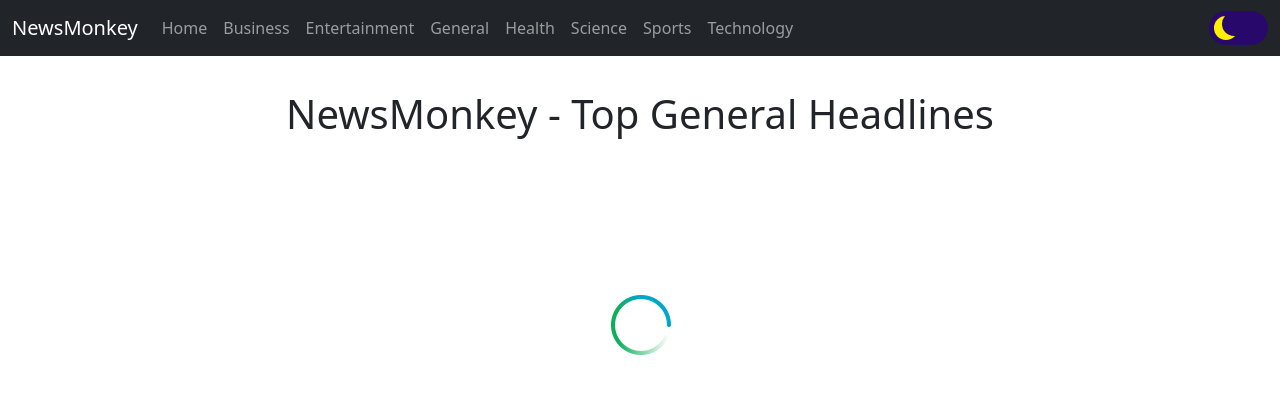
Repository: dhruvdornal/NewsBytes
Page: /
An editor plug-in stored every save of this project. The page is shown before and after a run of saves, followed by the edit.
The browser window is 1280 px wide. The pictures show the whole page.
The page's requests for data from a server got no answer. The project was rebuilt for these pictures with package versions that can differ from the ones it lists, and the page was loaded fresh each time. No one was signed in, and anything a server would have sent is missing. Also part of the build but not shown: src/components/NewsItems.js, src/components/NotFound.js.

Above is the page before, as saved 2023-03-11 01:12:53.

After the next 2 saves:
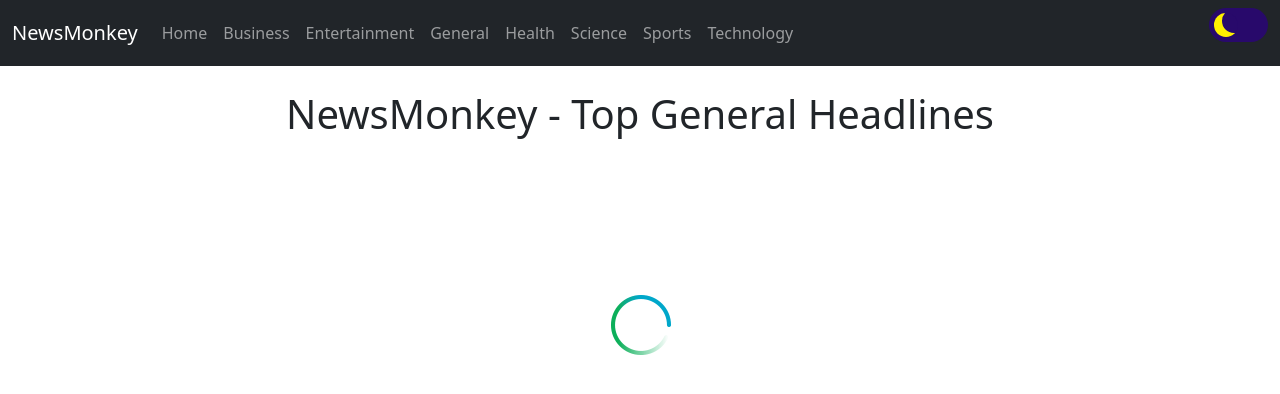
The 2 saves are shown as one change because they came seconds apart.
The last was saved 7 s later.
--- a/src/components/NavBar.js
+++ b/src/components/NavBar.js
@@ -85,11 +85,12 @@
                             <li className="nav-item"><Link className="nav-link" to="/sports">Sports</Link></li>
                             <li className="nav-item"><Link className="nav-link" to="/technology">Technology</Link></li>
                         </ul>
-                        <ul></ul>
+                        <ul>
                         <label class="switch">
                           <input type="checkbox"/>
                           <span class="slider"></span>
                         </label>
+                        </ul>
                     </div>
                 </div>
             </nav>
